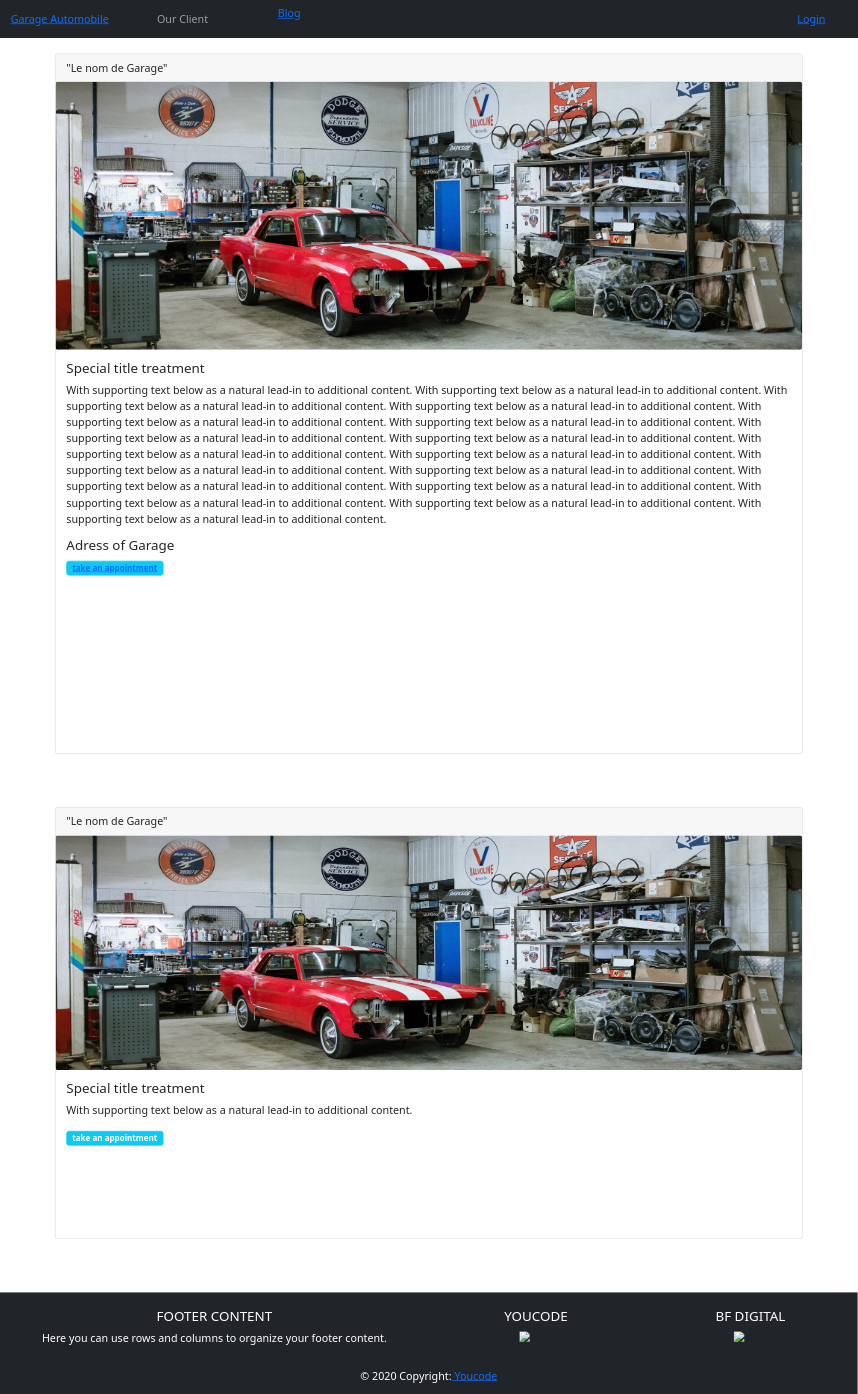
Repository: abdelhak-f/Fil-Rouge
Page: /blog (app in client/)
The author's editor kept a copy of each file at every save. The page is drawn from the files as they stood at one save, then again after the next save.
The browser window is 1280 px wide. The pictures show the whole page, at 67% of full size.
The project was rebuilt for these pictures with package versions that can differ from the ones it lists, and the page was loaded fresh each time. Also part of the build but not shown: client/src/components/Text.jsx, client/src/components/forms/FirstFrontForm.jsx, client/src/components/Body.jsx, client/src/components/forms/FormGarage.jsx, client/src/components/loged/login/Login.jsx, client/src/components/loged/register/Register.jsx.

Above is the page before, as saved 2021-09-12 14:13:59.

After the next save:
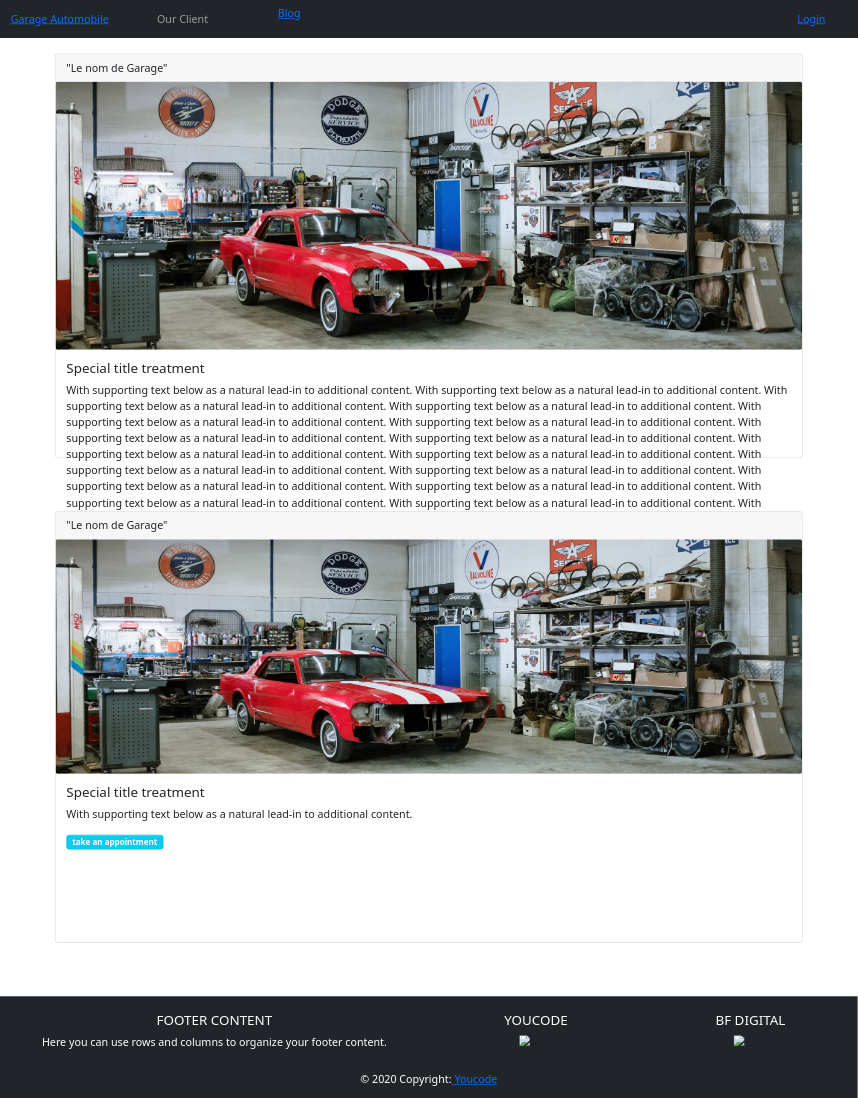
Saved 9 s later.
--- a/client/src/components/Blog.jsx
+++ b/client/src/components/Blog.jsx
@@ -19,7 +19,7 @@ function Blog() {
             style={{ height: '400px', weiht: '500px' }}
              src={image} />
             <Card.Body
-             style={{ height: '100%' }}
+             style={{ height: '10rem' }}
             >
             <Card.Title>Special title treatment</Card.Title>
             <Card.Text>
